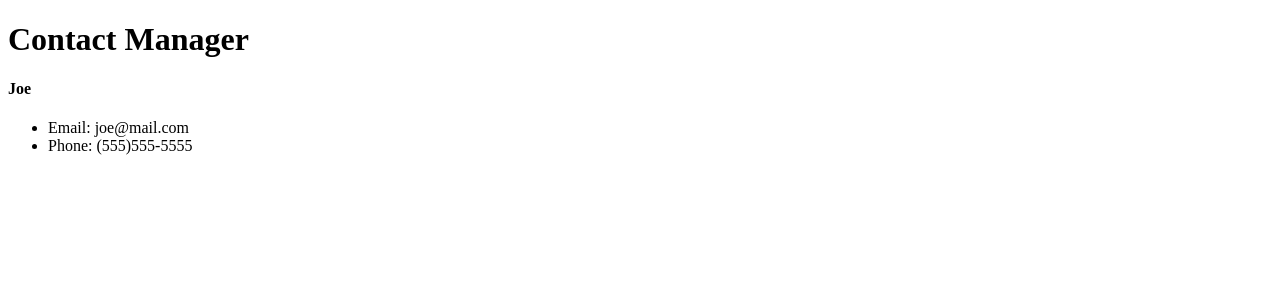
Repository: MikeTroianello/Contact-Manager
Page: /
An editor plug-in stored every save of this project. The page is shown before and after the next save, followed by the edit.
The browser window is 1280 px wide. The pictures show the whole page.
The project was rebuilt for these pictures with package versions that can differ from the ones it lists, and the page was loaded fresh each time. Also part of the build but not shown: src/App.css.

Above is the page before, as saved 2019-05-18 23:29:37.

After the next save:
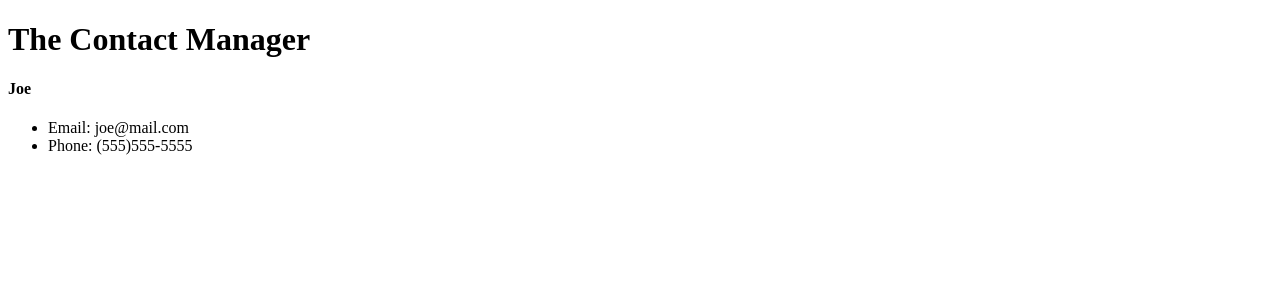
Saved 17 s later.
--- a/src/App.js
+++ b/src/App.js
@@ -6,7 +6,7 @@ import Header from "./components/Header";
 function App() {
   return (
     <div className="App">
-      <Header branding="Contact Manager" />
+      <Header branding="The Contact Manager" />
       <Contact />
     </div>
   );
